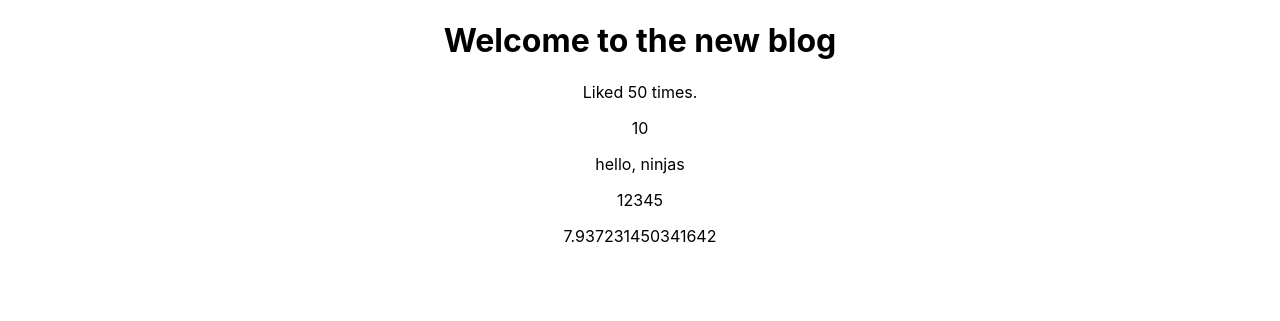
Repository: DESTINYAS/Reactjs
Page: /
These files come from the project's save history. The page is drawn as it stood at one moment and after the next save; the edit follows.
The browser window is 1280 px wide. The pictures show the whole page.
The project was rebuilt for these pictures with package versions that can differ from the ones it lists, and the page was loaded fresh each time.

Above is the page before, as saved 2022-11-27 19:03:51.

After the next save:
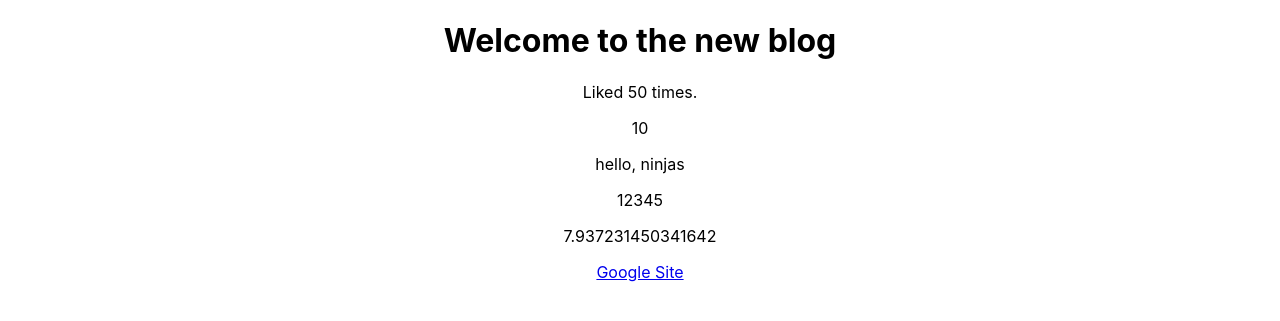
Saved 112 s later.
--- a/src/App.js
+++ b/src/App.js
@@ -12,6 +12,7 @@ function App() {
         <p>{"hello, ninjas"}</p>
         <p>{[1, 2, 3, 4, 5]}</p>
         <p>{Math.random() * 10}</p>
+        <a href="http://www.google.com">Google Site</a>
       </div>
     </div>
   );
